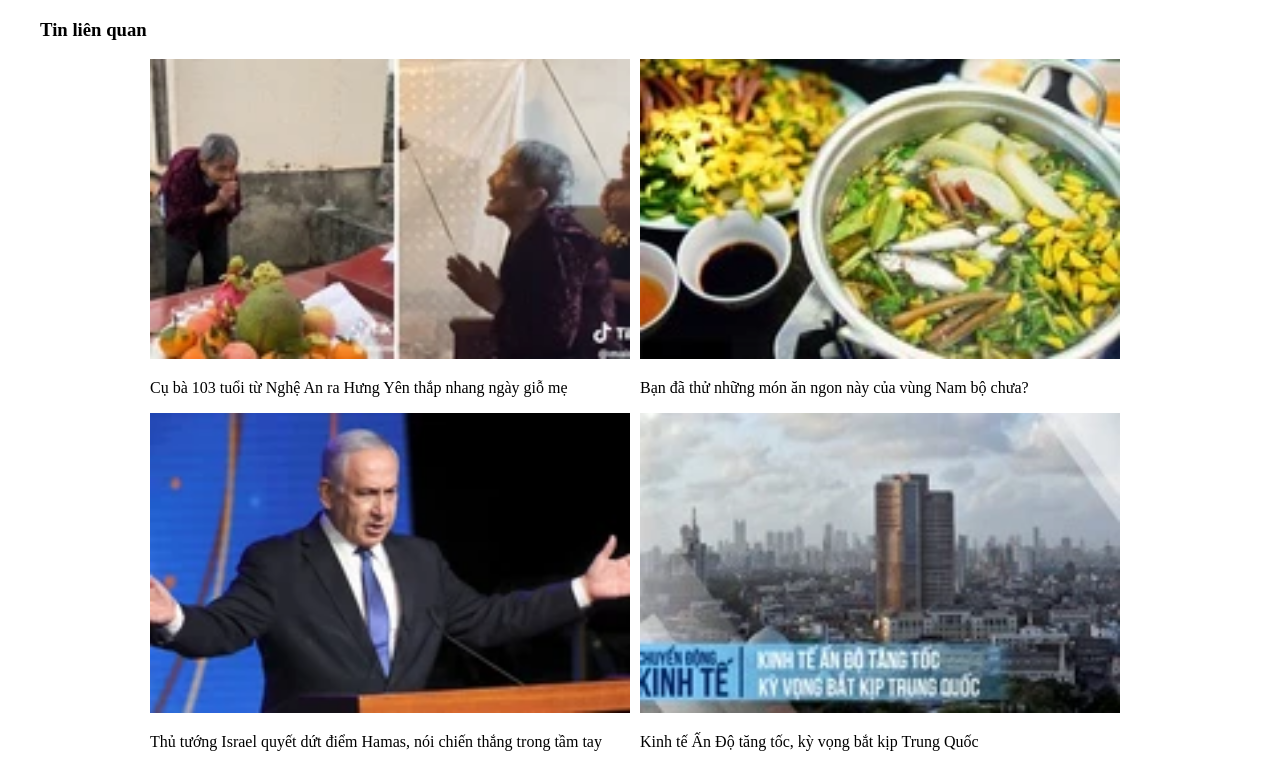
Repository: Tan-Khang21/TH_TKW--Buoi_07
Page: Bai_Tap_Ve_Nha/TinLienQuan.html
The author's editor kept a copy of each file at every save. The page is drawn from the files as they stood at one save, then again after the next save.
The browser window is 1280 px wide. The pictures show the whole page.

Above is the page before, as saved 2024-03-12 17:13:14.

After the next save:
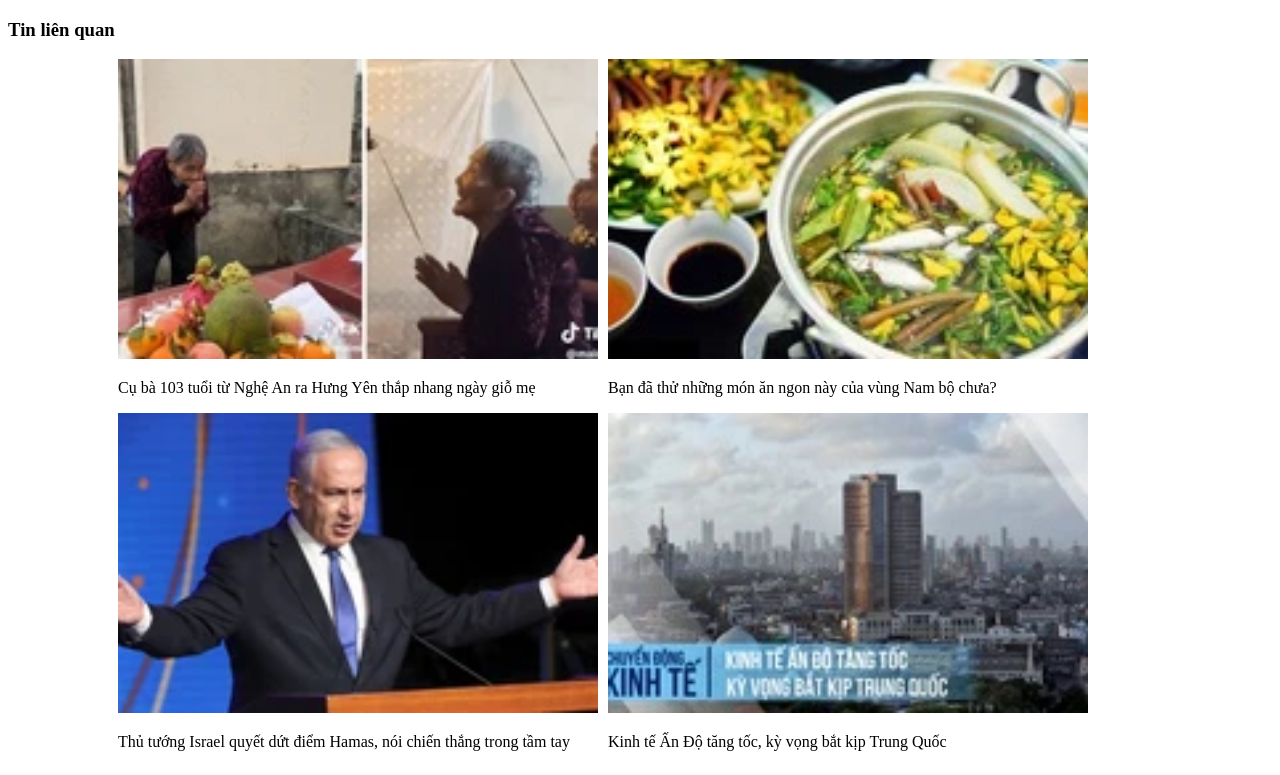
Saved 6 s later.
--- a/Bai_Tap_Ve_Nha/TinLienQuan.html
+++ b/Bai_Tap_Ve_Nha/TinLienQuan.html
@@ -6,7 +6,7 @@
     <title>Document</title>
   </head>
   <body>
-    <div id="container" style="margin: 0 auto; width: 1200px">
+    <div id="container">
       <h3>Tin liên quan</h3>
       <div
         style="
